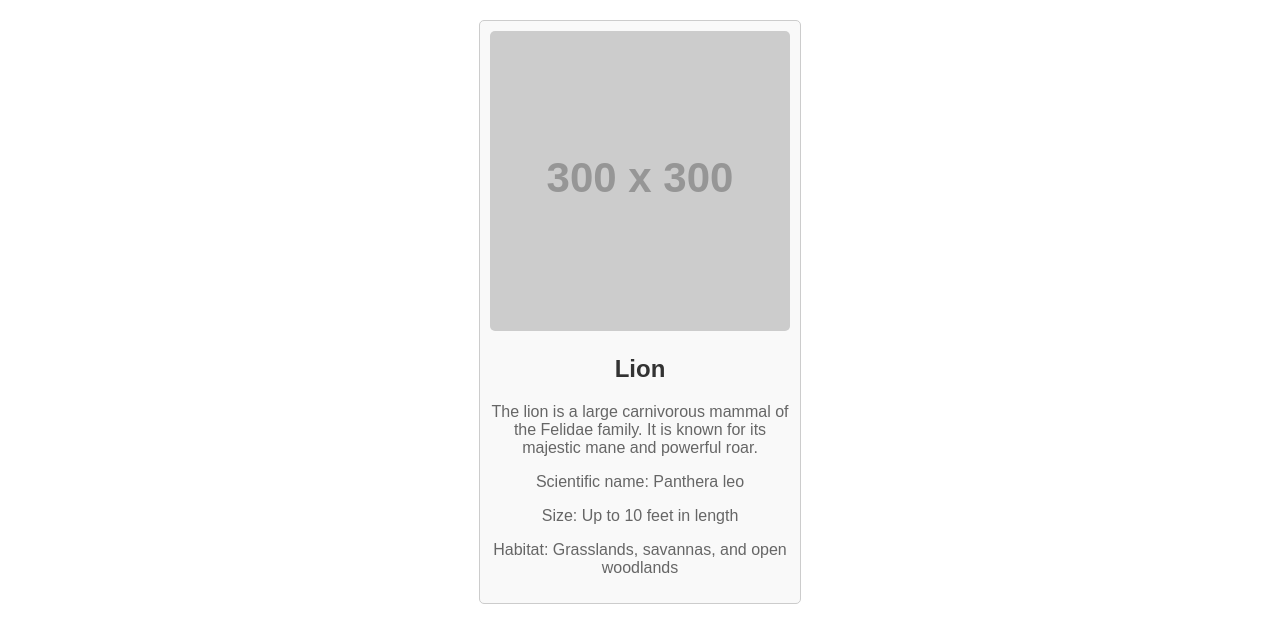
Repository: KingBoyMaylow/Animal-trading-card
Page: index.html
The author's editor kept a copy of each file at every save. The page is drawn from the files as they stood at one save, then again after the next save.
The browser window is 1280 px wide. The pictures show the whole page.

Above is the page before, as saved 2024-05-13 21:26:21.

### index.html
<!DOCTYPE html>
<html lang="en">
<head>
    <meta charset="UTF-8">
    <meta name="viewport" content="width=device-width, initial-scale=1.0">
    <title>Document</title>
</head>
<body>
    <style>
    body {
        font-family: Arial, sans-serif;
        text-align: center;
    }
    .card {
        width: 300px;
        border: 1px solid #ccc;
        border-radius: 5px;
        margin: 20px auto;
        padding: 10px;
        background-color: #f9f9f9;
    }
    .card img {
        width: 100%;
        border-radius: 5px;
    }
    .card h2 {
        color: #333;
    }
    .card p {
        color: #666;
    }
</style>
</head>
<body>
    <div class="card">
        <img src="https://via.placeholder.com/300" alt="Lion">
        <h2>Lion</h2>
        <p>The lion is a large carnivorous mammal of the Felidae family. It is known for its majestic mane and powerful roar.</p>
        <p>Scientific name: Panthera leo</p>
        <p>Size: Up to 10 feet in length</p>
        <p>Habitat: Grasslands, savannas, and open woodlands</p>
    </div>
</body>
</html>

After the next save:
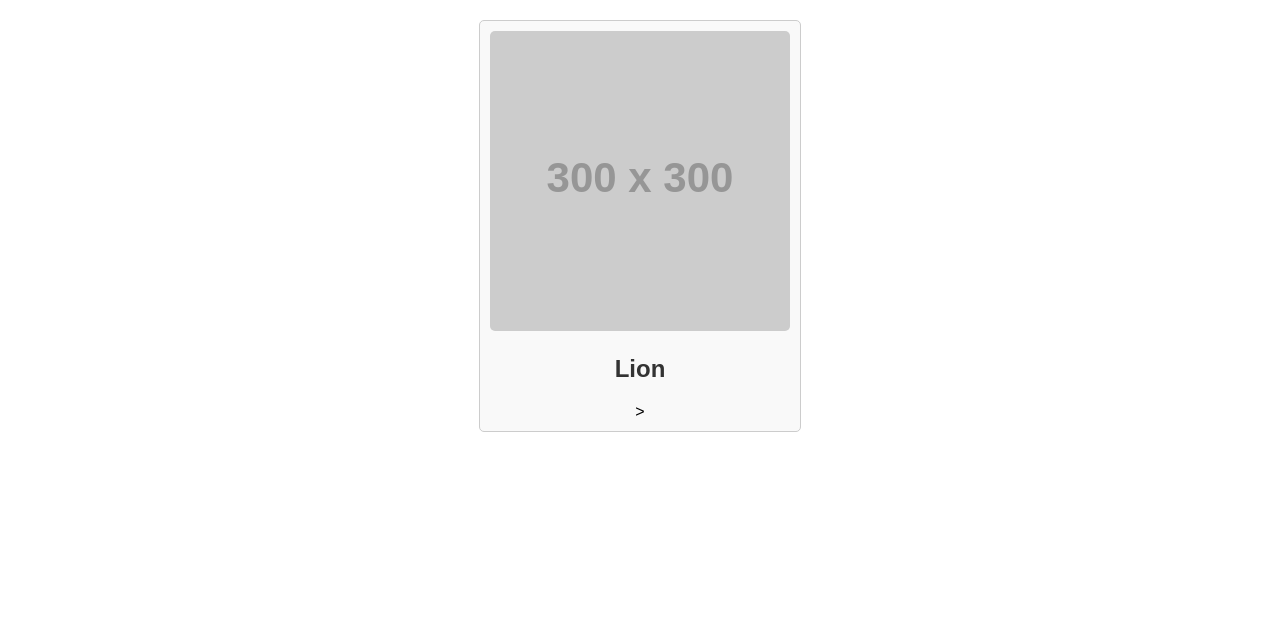
Saved 56 s later.
--- a/index.html
+++ b/index.html
@@ -35,10 +35,7 @@
     <div class="card">
         <img src="https://via.placeholder.com/300" alt="Lion">
         <h2>Lion</h2>
-        <p>The lion is a large carnivorous mammal of the Felidae family. It is known for its majestic mane and powerful roar.</p>
-        <p>Scientific name: Panthera leo</p>
-        <p>Size: Up to 10 feet in length</p>
-        <p>Habitat: Grasslands, savannas, and open woodlands</p>
+        >
     </div>
 </body>
 </html>
